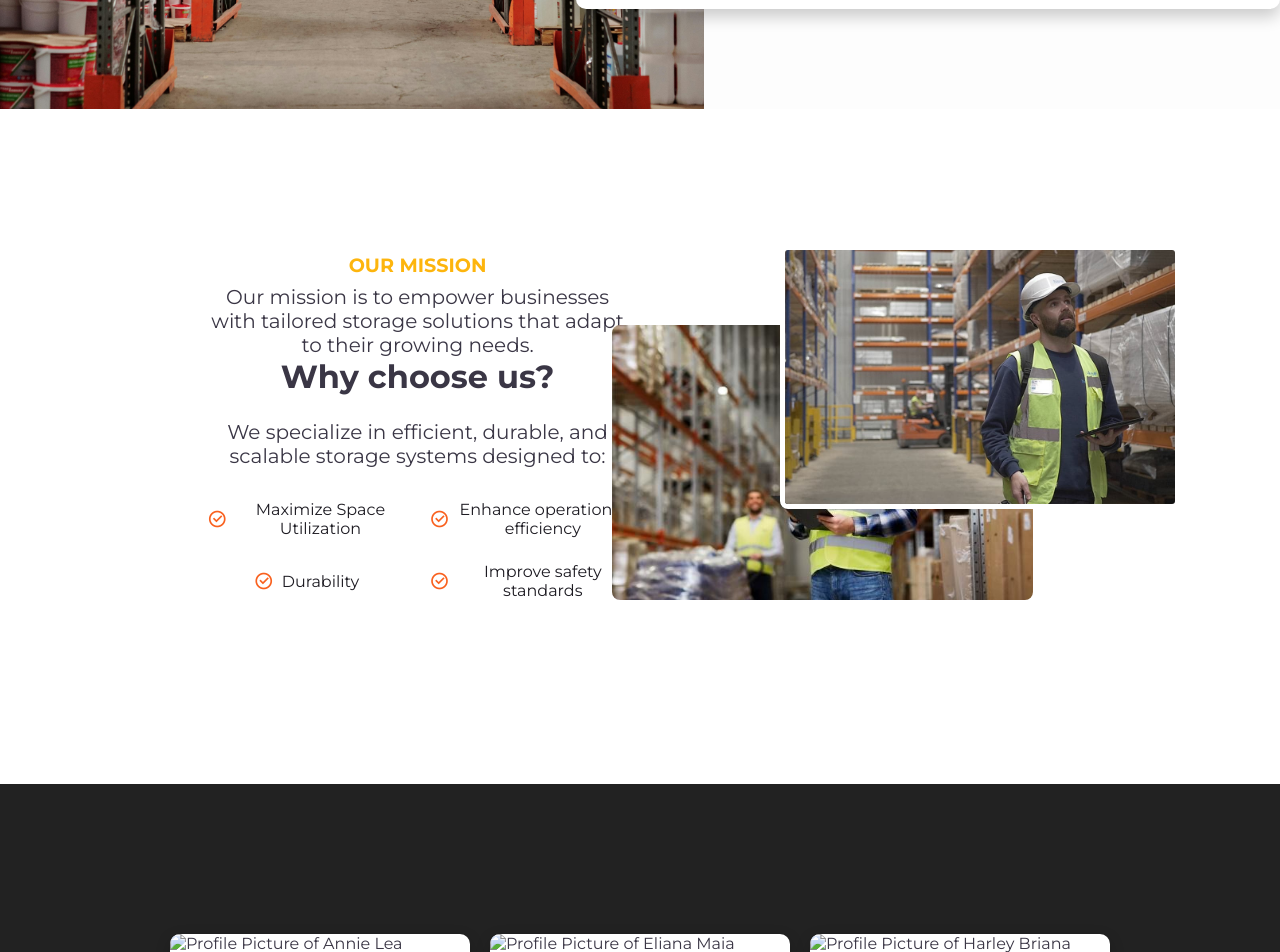
Repository: jahatesu/shelves-and-storage-equipment
Page: index.html
The author's editor kept a copy of each file at every save. The page is drawn from the files as they stood at one save, then again after the next save.
The browser window is 1280 px wide. The pictures show the part of the page from y = 1363 to 2315 px (the page is 7787 px tall before and 7818 px after).
A picture or video elsewhere on the page could not be fetched, so the positions and the page height are approximate. Backgrounds fixed to the window are drawn as part of the page. Some web fonts or font styles are not loaded; a fallback is used. Some web libraries are served in a nearby version.

Above is the page before, as saved 2025-01-25 19:33:01.
Console error: TypeError: Cannot read properties of null (reading 'querySelector')

After the next save:
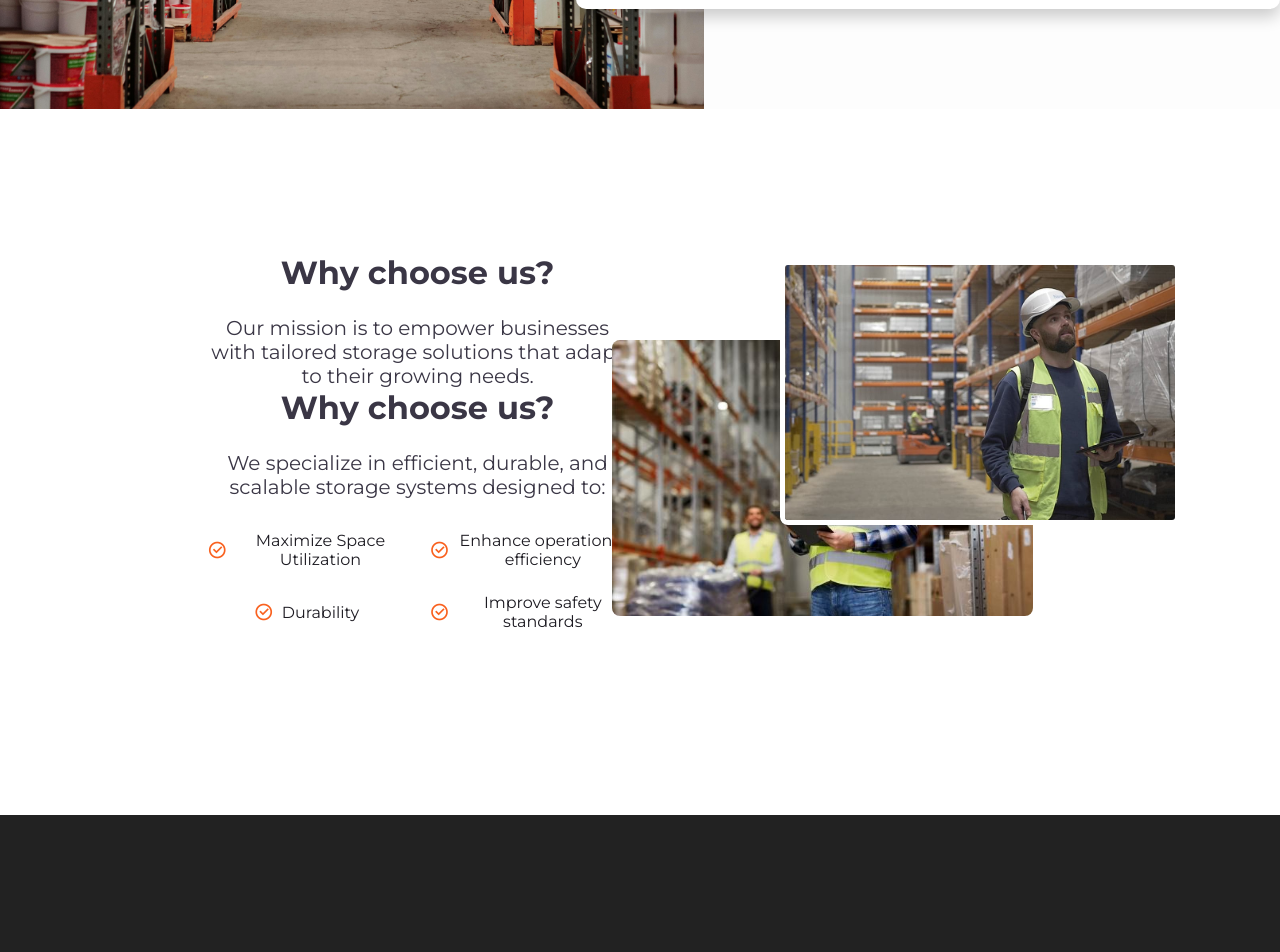
Saved 18 s later.
--- a/index.html
+++ b/index.html
@@ -65,7 +65,7 @@
 <section class="about section" id="about">
     <div class="about_container container grid">
         <div class="about_data">
-            <span class="section_subtitle">OUR MISSION</span>
+            <h2 class="section_title">Why choose us?</h2>
             <p>
                 Our mission is to empower businesses with tailored storage solutions that adapt to their growing needs.
             </p>
